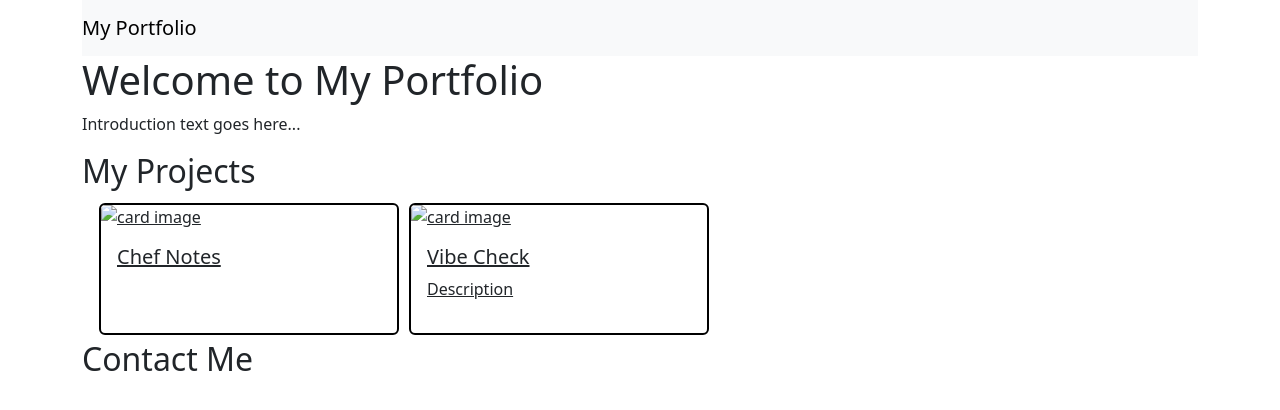
Repository: ChaidGPT/Portfolio
Page: index.html
An editor plug-in stored every save of this project. The page is shown before and after the next save, followed by the edit.
The browser window is 1280 px wide. The pictures show the whole page.

Above is the page before, as saved 2023-06-18 07:57:45.

After the next save:
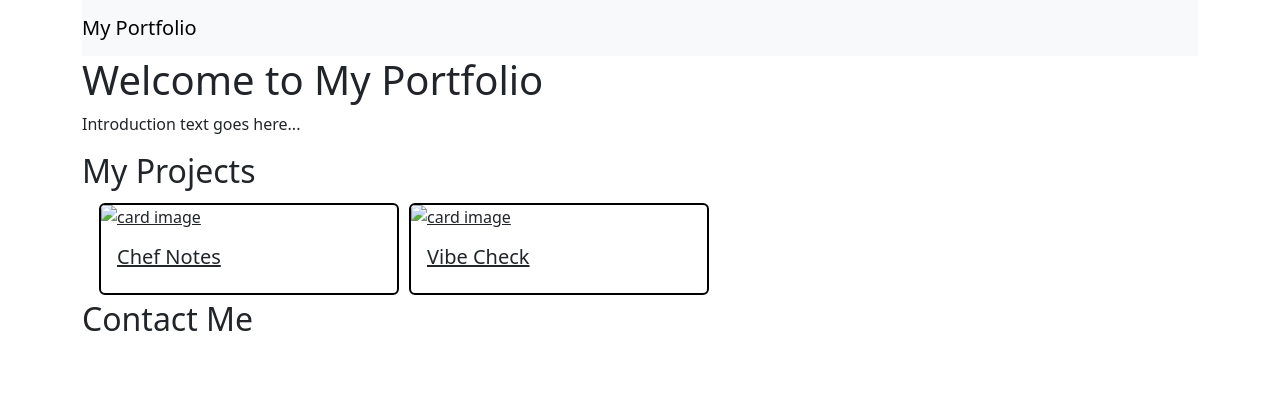
Saved 66 s later.
--- a/index.html
+++ b/index.html
@@ -40,7 +40,7 @@
                             <img src="" class="card-img-top" alt="card image">
                             <div class="card-body">
                                 <h5 class="card-title">Vibe Check</h5>
-                                <p class="card-card-description">Description</p>
+                                <p class="card-description">Description</p>
                             </div>
                         </a>
                         <!-- Add more cards as needed -->
